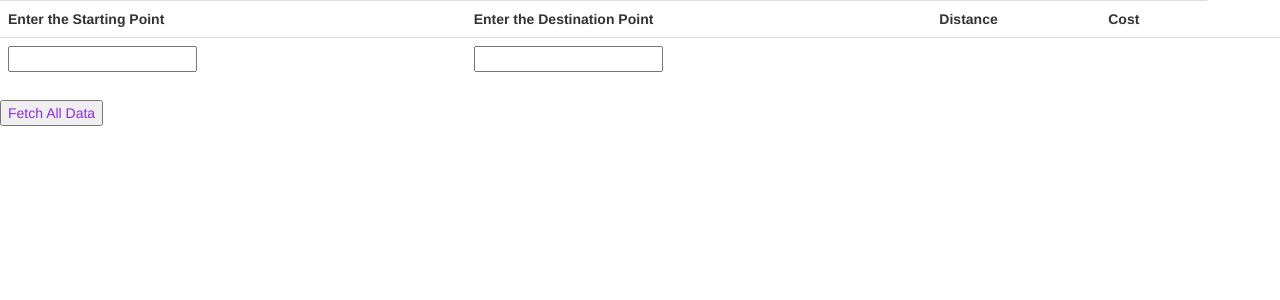
Repository: Gundeep-repos/407ETR_Assignment
Page: http://localhost/407ETR_Gundeep_Singh_assignment/
An editor plug-in stored every save of this project. The page is shown before and after the next save, followed by the edit.
The browser window is 1280 px wide. The pictures show the whole page.
The page is served by Tomcat 9. Other server files are loaded and not shown.

Above is the page before, as saved 2021-07-04 14:46:37.

### 407ETR_Gundeep_Singh_assignment/WebContent/index.jsp
<%@ page language="java" contentType="text/html; charset=ISO-8859-1" pageEncoding="ISO-8859-1"%>
<!DOCTYPE html PUBLIC "-//W3C//DTD HTML 4.01 Transitional//EN" "http://www.w3.org/TR/html4/loose.dtd">
<html>
<head>

<link href="css/bootstrap.css" rel="stylesheet" type="text/css"/>
<script src="jquery-1.12.2.min.js" type="text/javascript"></script>
<script src="js/bootstrap.js" type="text/javascript"></script>

<meta http-equiv="Content-Type" content="text/html; charset=ISO-8859-1">
<title>Insert title here</title>
<script>


function go2(){

	var xhr = new XMLHttpRequest;


    // CORS Policy, should allow OPTIONS
    // AJAX uses OPTIONS instead of GET, POST which are enabled by default

    xhr.open("GET", "./ServiceClass", true);

    // xhr.setRequestHeader('Access-Control-Allow-Origin','*');
    // xhr.setRequestHeader('Access-Control-Allow-Methods', 'OPTIONS');
    // xhr.setRequestHeader('Access-Control-Allow-Credentials', 'true');

    //for response receiving
    xhr.onreadystatechange = function ()
    {

    	if(xhr.readyState == 4 && xhr.status == 200){
    		alert("Hello");
    		var res = xhr.responseText.trim();
                if (res == "success")
                {
                	alert(res);
                }else{
                	console.log("Fail");
                	alert("Fail");
                }
                console.log(res);

                var mainObj = JSON.parse(res);

                document.getElementById("distance").innerHTML=mainObj["tripDistance"]+" kms";
                document.getElementById("cost").innerHTML=mainObj["costOfTrip"]+" CAD";
    	}

    };

    	xhr.send("Sent dete");

}



</script>
</head>
<body>

<div style="center">
<table class="table">
<tr>
<th>Enter the Starting Point</th>
<th>Enter the Destination Point</th>
<th>Distance</th>
<th>Cost</th>
</tr>
<tr>
<td><input type="text" id="startingPoint"/></td>
<td><input type="text" id="destinationPoint"/></td>
<td id = "distance"><td>
<td id = "cost"><td>
</tr>
</table>
</div>
<button style="color: blueviolet" onclick="go2()">Fetch All Data</button>
</body>
</html>

Loaded but not shown: 407ETR_Gundeep_Singh_assignment/WebContent/css/bootstrap.css (library); 407ETR_Gundeep_Singh_assignment/WebContent/jquery-1.12.2.min.js (library); 407ETR_Gundeep_Singh_assignment/WebContent/js/bootstrap.js (library)

After the next save:
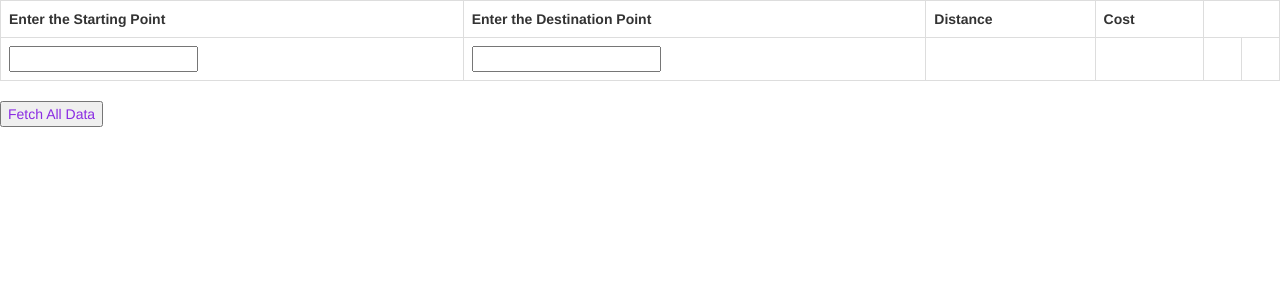
Saved 48 s later.
--- a/407ETR_Gundeep_Singh_assignment/WebContent/index.jsp
+++ b/407ETR_Gundeep_Singh_assignment/WebContent/index.jsp
@@ -61,7 +61,7 @@ function go2(){
 <body>
 
 <div style="center">
-<table class="table">
+<table class="table table-bordered">
 <tr>
 <th>Enter the Starting Point</th>
 <th>Enter the Destination Point</th>
